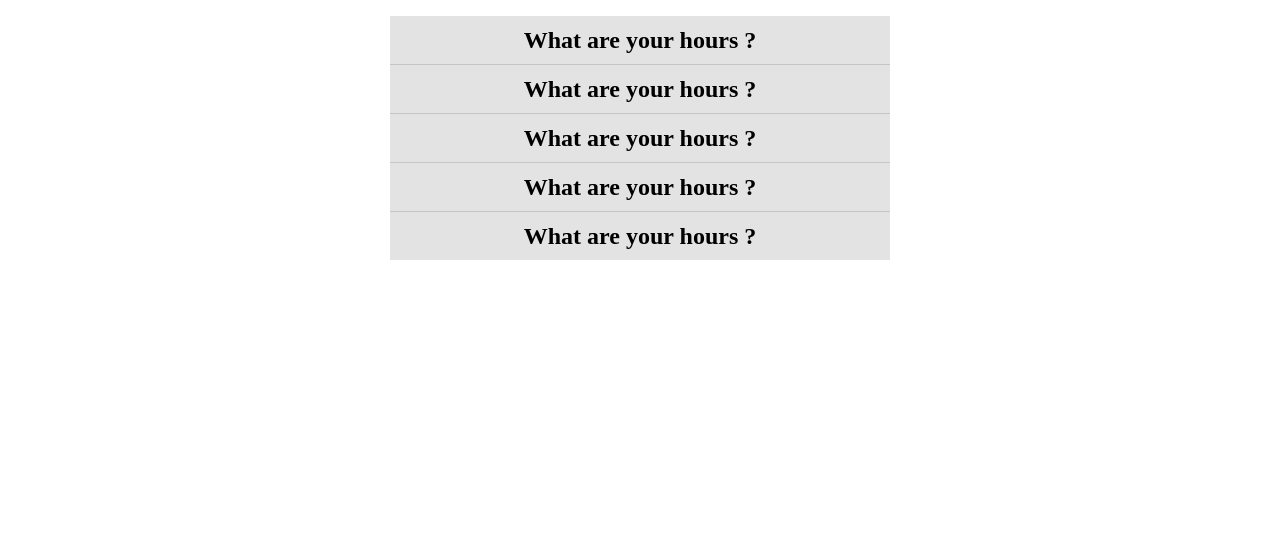
Repository: nema38/30DaysTrainning
Page: 30Days05/index.html
The author's editor kept a copy of each file at every save. The page is drawn from the files as they stood at one save, then again after the next save.
The browser window is 1280 px wide. The pictures show the whole page.
Some web libraries are served in a nearby version.

Above is the page before, as saved 2014-04-15 20:15:22.

After the next save:
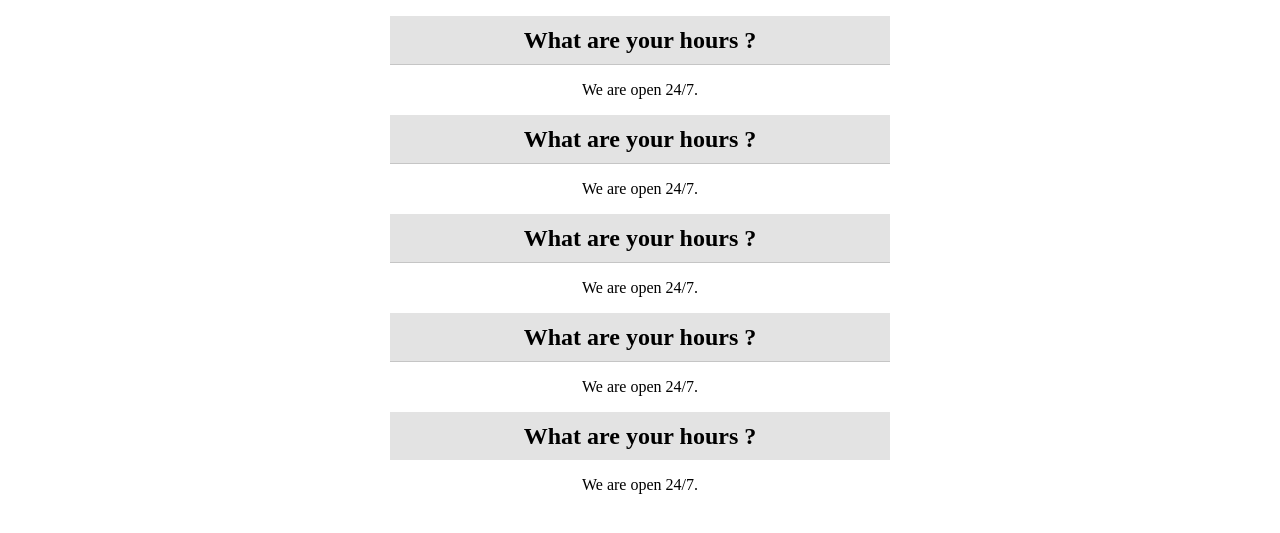
Console error (its wording comes from the project's code and is left out).
Saved 2 min 8 s later.
--- a/30Days05/index.html
+++ b/30Days05/index.html
@@ -27,7 +27,9 @@
 			(function() {
 				var dd = $('dd');
 
-				dd.addClass('hide');
+				dd.filter('nth-child(n+4)').addClass('hide');
+
+
 
 			})();
 		</script>

After the save that followed:
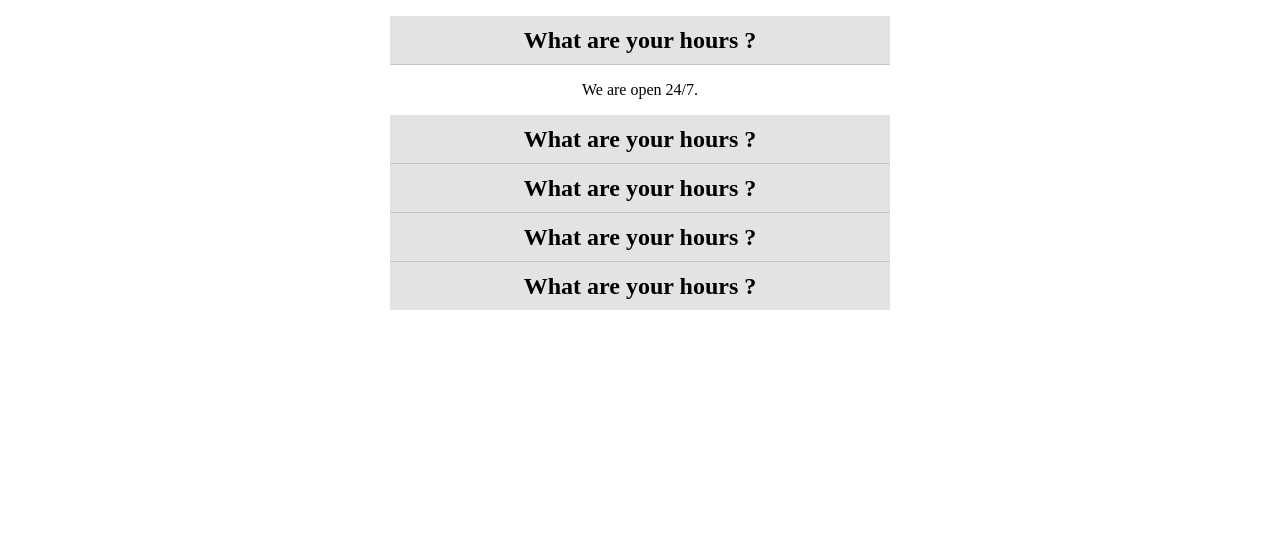
The error is gone.
Saved 18 s later.
--- a/30Days05/index.html
+++ b/30Days05/index.html
@@ -27,7 +27,7 @@
 			(function() {
 				var dd = $('dd');
 
-				dd.filter('nth-child(n+4)').addClass('hide');
+				dd.filter(':nth-child(n+4)').addClass('hide');
 
 
 
